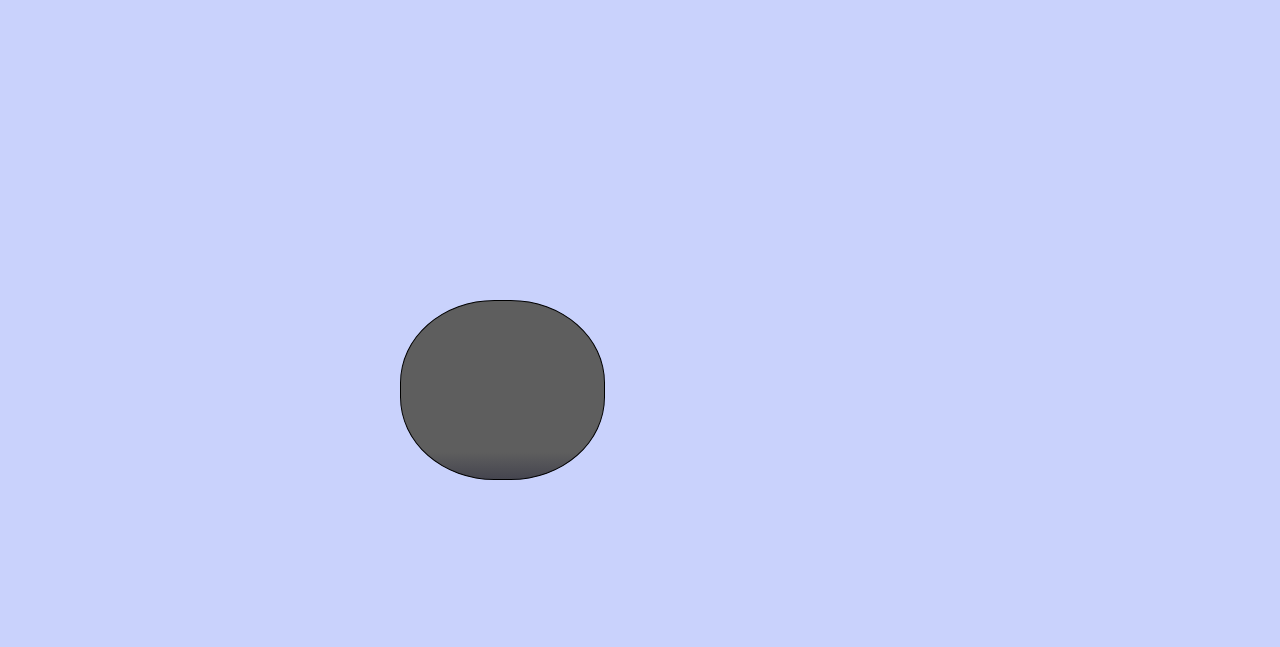
Repository: Lungdjos/cat_painting
Page: index.html
These files come from the project's save history. The page is drawn as it stood at one moment and after a run of saves; the edit follows.
The browser window is 1280 px wide. The pictures show the whole page.

Above is the page before, as saved 2023-11-06 22:15:44.

### index.html
<!DOCTYPE html>
<html lang="en">

<head>
    <meta charset="UTF-8">
    <meta name="viewport" content="width=device-width, initial-scale=1.0">
    <title>fCC Cat Painting</title>
    <link rel="stylesheet" href="./styles.css">
</head>

<body>
    <main>
        <div class="cat-head">

        </div>
        <div class="box"></div>
    </main>

</body>

</html>

### styles.css
/* Styling the document */

* {
    box-sizing: border-box;
}

body {
    background-color: #c9d2fc;
}

.cat-head {
    width: 205px;
    height: 180px;
    border: 1px solid #000;
    border-radius: 46%;
    background: linear-gradient(#5e5e5e 85%, #45454f 100%);
    position: absolute;
    top: 300px;
    left: 400px;
}

.box {
    width: 200px;
    height: 600px;
    background-color: #
}

After the next 2 saves:
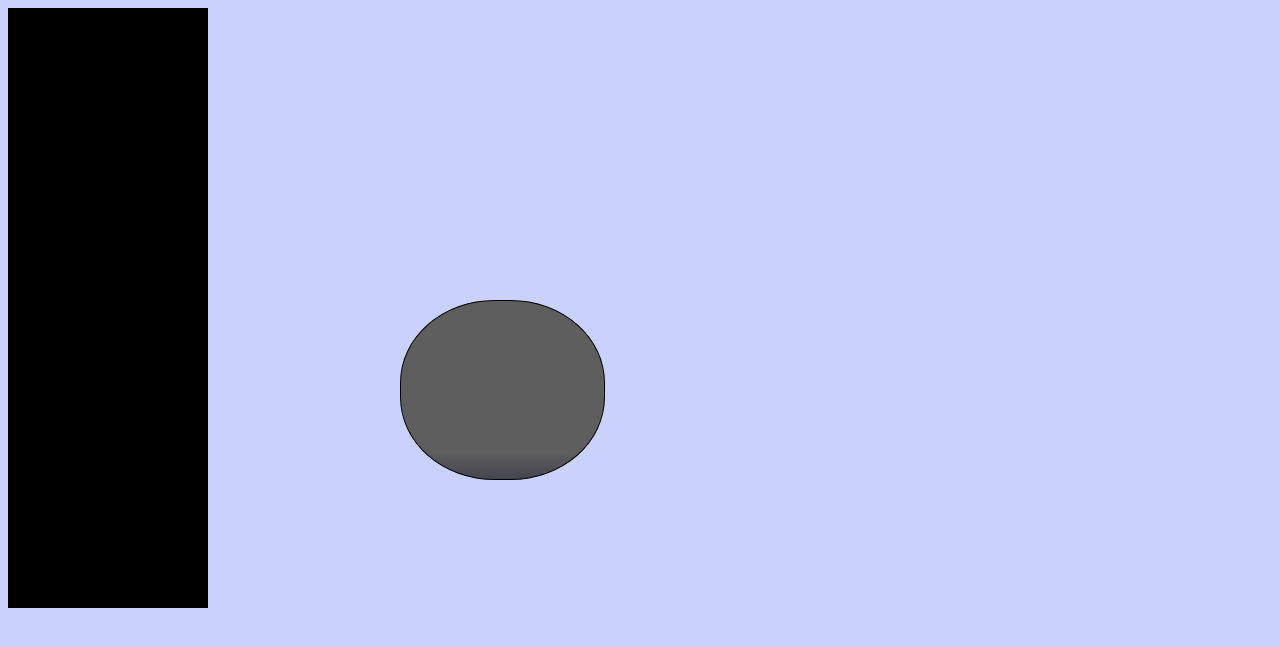
The 2 saves are shown as one change because they came seconds apart.
The last was saved 6 s later.
--- a/styles.css
+++ b/styles.css
@@ -22,5 +22,5 @@ body {
 .box {
     width: 200px;
     height: 600px;
-    background-color: #
+    background-color: #000;
 }
